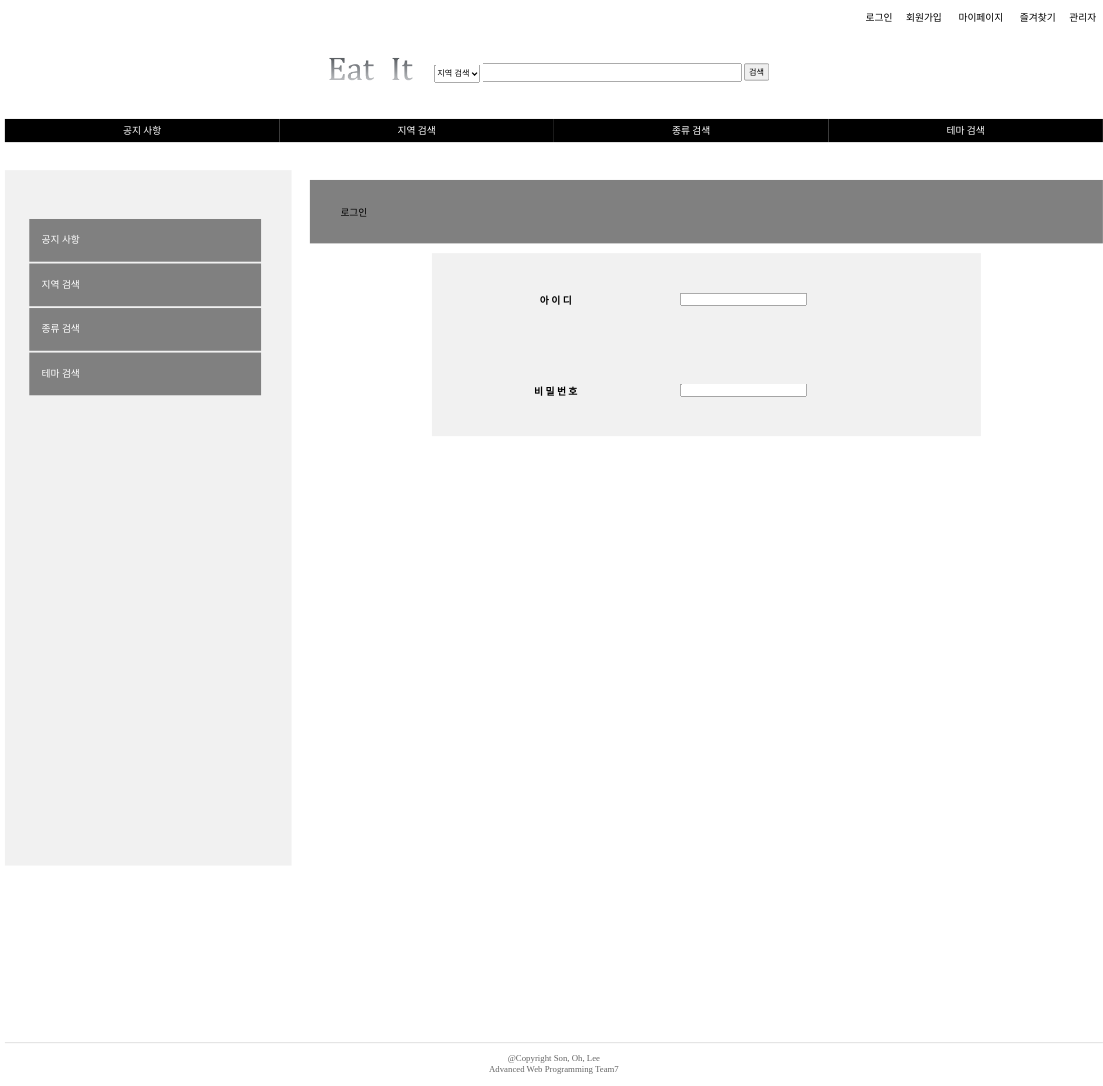
Repository: sonminho/aos
Page: http://localhost/EatIt/login.jsp
The author's editor kept a copy of each file at every save. The page is drawn from the files as they stood at one save, then again after the next save.
The browser window is 1280 px wide. The page is 1808 px wide, so the pictures cover 1808 px, including what lies to the right of the window. The pictures show the whole page, at 61% of full size.
Some web libraries are served in a nearby version. The page is served by Tomcat 9.

Above is the page before, as saved 2017-12-11 11:30:36.
Console error: TypeError: Cannot read properties of undefined (reading 'style')

After the next save:
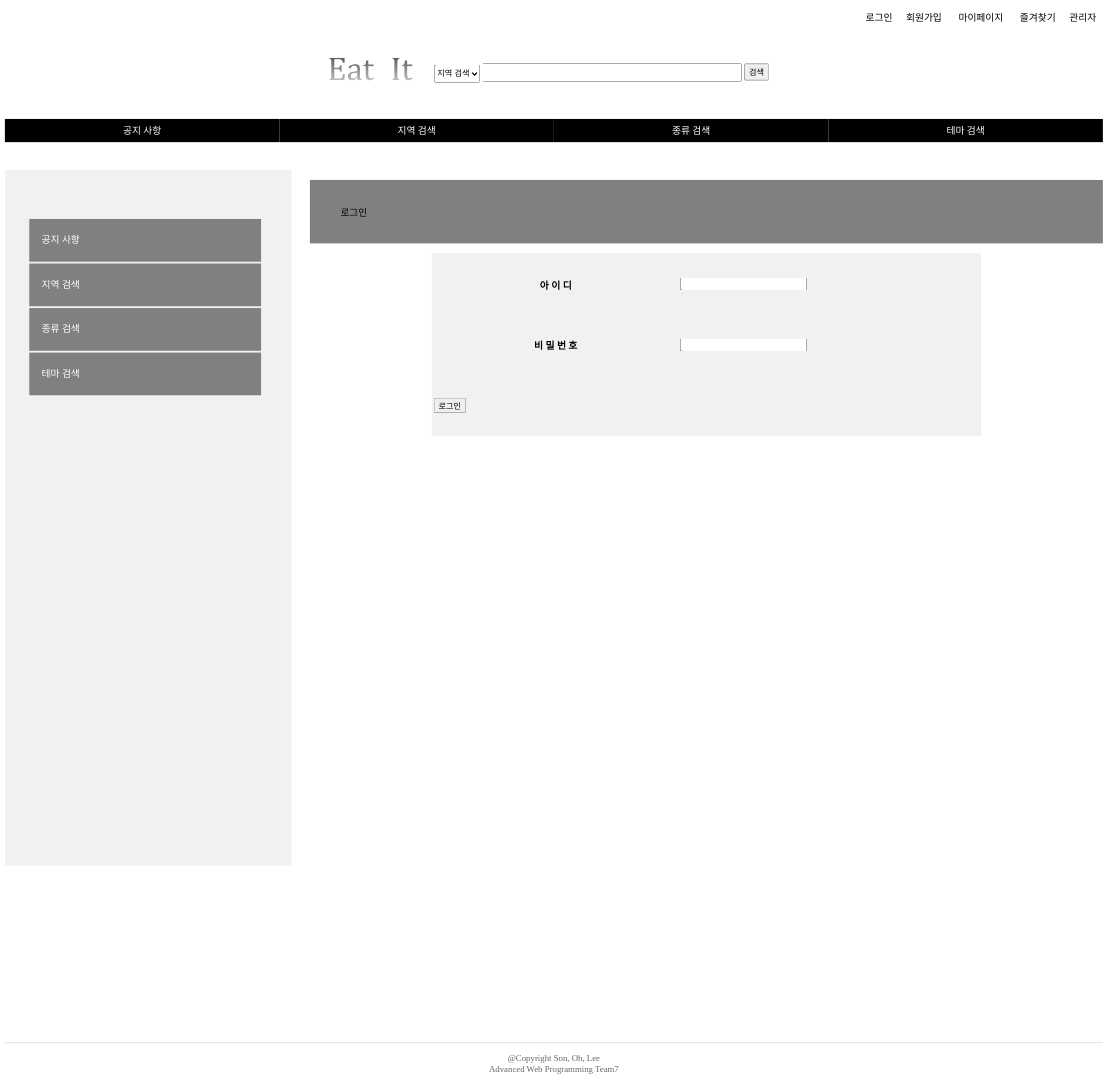
Saved 92 s later.
--- a/EatIt/EatIt/WebContent/login.jsp
+++ b/EatIt/EatIt/WebContent/login.jsp
@@ -247,7 +247,6 @@
 	}
 	#content table tr{
 		height:50px;
-		boder:1px solid #ccc;
 	}
 	#detail{
 		background:#f1f1f1;
@@ -421,6 +420,7 @@ $(function() {
 			<li>로그인</li>
 		</ul>
 		<div id="content_list">
+			<form>
 			<table>
 				<tr>
 					<th style="width:400px;">아&nbsp;이&nbsp;디</th><td><input type="text" style="width:200px; hiehgt:20px"></td>
@@ -428,7 +428,11 @@ $(function() {
 				<tr>
 					<th style="width:400px;">비&nbsp;밀&nbsp;번&nbsp;호</th><td><input type="text" style="width:200px; hiehgt:20px"></td>
 				</tr>
+				<tr>
+					<td> <input type="submit" value="로그인"> </td>
+				</tr>
 			</table>
+			</form>
 		</div>
 	</div>
 </div><!-- container -->
